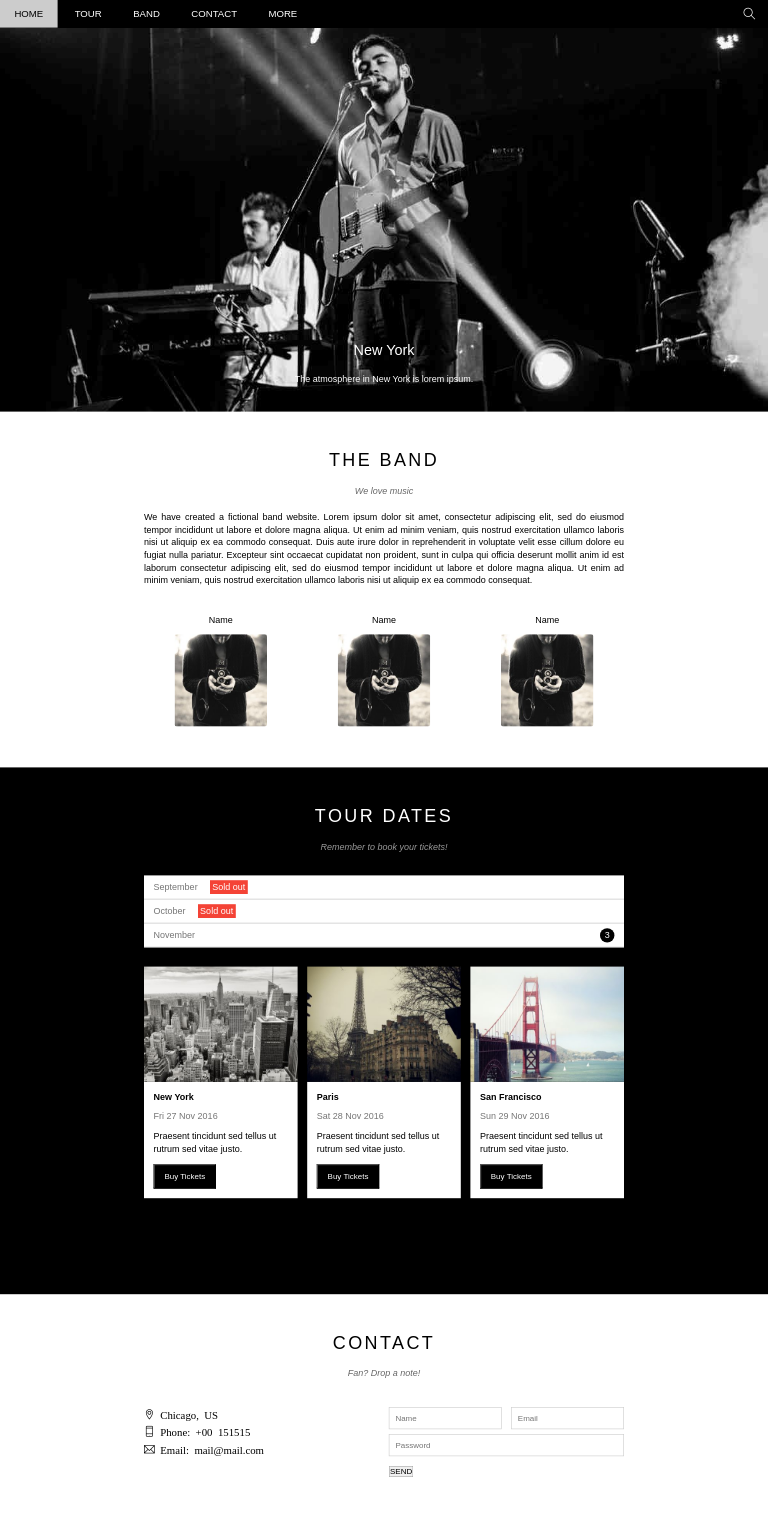
Repository: duyhung0311/band_music
Page: index.html
The author's editor kept a copy of each file at every save. The page is drawn from the files as they stood at one save, then again after the next save.
The browser window is 1280 px wide. The pictures show the whole page, at 60% of full size.

Above is the page before, as saved 2021-08-15 13:11:34.

### index.html
<!DOCTYPE html>
<html lang="en">
  <head>
    <meta charset="UTF-8" />
    <meta http-equiv="X-UA-Compatible" content="IE=edge" />
    <meta name="viewport" content="width=device-width, initial-scale=1.0" />
    <title>Document</title>
    <link rel="stylesheet" href="assets/css/style.css" />
    <link
      rel="stylesheet"
      href="./assets/fonts/themify-icons/themify-icons.css"
    />
  </head>
  <body>
    <div id="main">
      <div id="header">
        <!--#ul>li*5>a  -->
        <!-- Begin : Nav -->
        <ul id="nav">
          <li><a href="">Home</a></li>
          <li><a href="">Tour</a></li>
          <li><a href="">Band</a></li>
          <li><a href="">Contact</a></li>
          <li>
            <a href="">
              More
              <i class="nav-arrow-down ti-angle-dow"></i>
            </a>
            <ul class="subnav">
              <li><a href="">Merchandise</a></li>
              <li><a href="">Extras</a></li>
              <li><a href="">Media</a></li>
            </ul>
          </li>
        </ul>
        <!-- End : Nav -->

        <!-- Begin :Search button -->
        <div class="search-btn">
          <i class="search-icon ti-search"></i>
        </div>
        <!-- End :Search button -->
      </div>

      <div id="slider">
        <div class="text-content">
          <h2 class="text-heading">New York</h2>
          <div class="text-description">
            The atmosphere in New York is lorem ipsum.
          </div>
        </div>
      </div>

      <div id="content">
        <!-- About section -->
        <div class="content-section">
          <h2 class="section-heading">THE BAND</h2>
          <p class="section-sub-heading">We love music</p>
          <p class="about-content">
            We have created a fictional band website. Lorem ipsum dolor sit
            amet, consectetur adipiscing elit, sed do eiusmod tempor incididunt
            ut labore et dolore magna aliqua. Ut enim ad minim veniam, quis
            nostrud exercitation ullamco laboris nisi ut aliquip ex ea commodo
            consequat. Duis aute irure dolor in reprehenderit in voluptate velit
            esse cillum dolore eu fugiat nulla pariatur. Excepteur sint occaecat
            cupidatat non proident, sunt in culpa qui officia deserunt mollit
            anim id est laborum consectetur adipiscing elit, sed do eiusmod
            tempor incididunt ut labore et dolore magna aliqua. Ut enim ad minim
            veniam, quis nostrud exercitation ullamco laboris nisi ut aliquip ex
            ea commodo consequat.
          </p>

          <div class="row members-list">
            <div class="col col-third text-center">
              <p class="member-name">Name</p>
              <img
                src="./assets/img/ban/member1.jpg"
                alt=""
                class="member-avatar"
              />
            </div>

            <div class="col col-third text-center">
              <p class="member-name">Name</p>
              <img
                src="./assets/img/ban/member1.jpg"
                alt=""
                class="member-avatar"
              />
            </div>

            <div class="col col-third text-center">
              <p class="member-name">Name</p>
              <img
                src="./assets/img/ban/member1.jpg"
                alt=""
                class="member-avatar"
              />
            </div>

            <div class="clear"></div>
          </div>
        </div>

        <!-- Tour section -->
        <div class="tour-section">
          <div class="content-section">
            <h2 class="section-heading text-white">TOUR DATES</h2>
            <p class="section-sub-heading text-white">
              Remember to book your tickets!
            </p>

            <!-- Ticket list -->
            <ul class="ticket-list">
              <li>September <span class="sold-out">Sold out</span></li>
              <li>October <span class="sold-out">Sold out</span></li>
              <li>November <span class="quantity">3</span></li>
            </ul>

            <!-- Place list -->
            <div class="row places-list">
              <div class="col col-third">
                <img
                  src="./assets//img/place/place1.jpg"
                  alt="New York"
                  class="place-img"
                />
                <div class="place-body">
                  <h3 class="place-heading">New York</h3>
                  <p class="place-time">Fri 27 Nov 2016</p>
                  <p class="place-description">
                    Praesent tincidunt sed tellus ut rutrum sed vitae justo.
                  </p>
                  <button class="btn js-buy-ticket">
                    Buy Tickets
                  </button>
                </div>
              </div>

              <div class="col col-third">
                <img
                  src="./assets//img/place/place2.jpg"
                  alt="Paris"
                  class="place-img"
                />
                <div class="place-body">
                  <h3 class="place-heading">Paris</h3>
                  <p class="place-time">Sat 28 Nov 2016</p>
                  <p class="place-description">
                    Praesent tincidunt sed tellus ut rutrum sed vitae justo.
                  </p>
                  <button class="btn js-buy-ticket">
                    Buy Tickets
                  </button>
                </div>
              </div>
              <div class="col col-third">
                <img
                  src="./assets//img/place/place3.jpg"
                  alt="San Francisco"
                  class="place-img"
                />
                <div class="place-body">
                  <h3 class="place-heading">San Francisco</h3>
                  <p class="place-time">Sun 29 Nov 2016</p>
                  <p class="place-description">
                    Praesent tincidunt sed tellus ut rutrum sed vitae justo.
                  </p>
                  <button class="btn js-buy-ticket">
                    Buy Tickets
                  </button>
                </div>
              </div>
              <div class="clear"></div>
            </div>
          </div>
        </div>

        <!-- Tour section -->
        <div class="content-section">
          <h2 class="section-heading">CONTACT</h2>
          <p class="section-sub-heading">Fan? Drop a note!</p>
          <div class="row contact-content">
            <div class="col col-half contact-info">
              <p><i class="ti-location-pin"> Chicago, US </i></p>
              <p><i class="ti-mobile"> Phone: +00 151515 </i></p>
              <p><i class="ti-email"> Email: mail@mail.com </i></p>
            </div>
            <div class="col col-half  contact-form">
              <form action="">
                <div class="row">
                  <div class="col col-half">
                    <input
                      type="text"
                      name=""
                      required
                      id=""
                      placeholder="Name"
                      class="form-control"
                    />
                  </div>
                  <div class="col col-half">
                    <input
                      type="email"
                      name=""
                      required
                      id=""
                      placeholder="Email"
                      class="form-control"
                    />
                  </div>
                </div>
                <div class="row mt-8">
                   <div class="col col-full">
                    <input
                      type="password"
                      name=""
                      required
                      id=""
                      placeholder="Password"
                      class="form-control"
                    />
                  </div>
                </div>
                <input type="submit" value="SEND" class="btn mt-16">
              </form>
            </div>
          </div>
        </div>
      </div>

      <div id="footer"></div>
    </div>
    <div class="modal js-modal">
      <div class="modal-container js-modal-container">
        <div class="modal-close js-modal-close">
          <i class="ti-close"></i>
        </div>
        <header class="modal-header">
          <i class="modal-heading-icon ti-bag"></i>
          Tickets
        </header>
        <div class="modal-body">
          <label for="ticket-quantity" class="modal-label">
            <i class="ti-shopping-cart"></i>
            Tickets, $15 per person
          </label>
          <input
            id="quantity"
            type="text"
            placeholder="How many?"
            class="modal-input"
          />

          <label for="email" class="modal-label">
            <i class="ti-user"></i>
            Send To
          </label>
          <input
            id="email"
            type="text"
            placeholder="Email"
            class="modal-input"
          />
          <button id="buy-tickets">Pay <i class="ti-check"></i></button>
        </div>
        <footer class="modal-footer">
          <p class="modal-help">Need <a href="">help?</a></p>
        </footer>
      </div>
    </div>
    <script>
      const buyBtns = document.querySelectorAll(".js-buy-ticket");
      const modal = document.querySelector(".modal");
      const modalClose = document.querySelector(".js-modal-close");
      const modalContainer = document.querySelector(".js-modal-container");
      // Hàm hiển thị modal
      function showBuyTickets() {
        modal.classList.add("open");
      }
      // Hàm ẩn đi modal mua vé
      function showCloseTickets() {
        modal.classList.remove("open");
      }
      for (const buyBtn of buyBtns) {
        buyBtn.addEventListener("click", showBuyTickets);
      }
      modalClose.addEventListener("click", showCloseTickets);
      modal.addEventListener("click", showCloseTickets);
      modalContainer.addEventListener("click", function (event) {
        event.stopPropagation();
      });
    </script>
  </body>
</html>

### assets/css/style.css
/*Reset CSS*/
* {
  padding: 0;
  margin: 0;
  box-sizing: border-box;
}
html {
  font-family: Arial, Helvetica, sans-serif;
}
/*
    1. Từ ngoài vào trong
    2. Từ trên xuống dưới
    3. Từ tổng quan đến chi tiết
*/
/*
    1. Vị trí
    2. Kích thước (width height)
    3. Màu sắc
    4. Kiểu dáng (kiểu chữ, hình tròn, vuông, ....)
*/
.clear{
    clear: both;
}
.text-center {
    text-align: center !important;
}
.text-white {
    color: #fff !important;
}
.mt-8 {
    margin-top: 8px !important;
}
.mt-16 {
    margin-top: 16px !important;
}
.place-body .btn{
    color: #fff;
    background :#000;
    text-decoration: none;
    padding:11px 16px;
    display: inline-block;
    margin-top: 15px;
}
.place-body .btn:hover{
    color: #000;
    background: #ccc;
}
#main {
}
#header {
  position: fixed;
  top: 0;
  left: 0;
  right: 0;
  z-index: 1;
  height: 46px;
  background-color: #000;
}

#nav {
  display: inline-block;
}

/* cách bỏ dấu chấm đầu dòng của thằng ul */
#nav,
.subnav {
  list-style-type: none;
}

#nav > li {
  display: inline-block;
}
#nav li {
  /* inline là trên 1 hàng block giữ lại kích thước khối */
  position: relative;
}

#nav > li > a {
  color: #fff;
  text-transform: uppercase;
}

#nav li a {
  text-decoration: none;
  line-height: 46px;
  padding: 0 24px;
  display: block;
  /* inline k tính chiều cao và chiều rộng được */
}

#nav li:hover .subnav {
  display: block;
}

#nav > li:hover > a,
#nav .subnav li:hover a {
  color: #000;
  background-color: #ccc;
}

#nav .subnav {
  display: none;
  min-width: 160px;
  position: absolute;
  top: 100%;
  /* top = 100% là nó lấy chính chiều cao
    100% của chính nó */
  left: 0;
  background-color: #fff;
  box-shadow: 0 0 10px rgba(0, 0, 0, 0.3);
}

#nav .subnav a {
  color: #000;
  padding: 0 12px;
  line-height: 38px;
}

#nav .nav-arrow-down {
  font-size: 14px;
}

#header .search-btn {
  float: right;
  padding: 0 21px;
  cursor: pointer;
}

#header .search-btn:hover {
  background-color: #f44336;
}

#header .search-icon {
  color: #fff;
  font-size: 20px;
  line-height: 46px;
}

#slider {
    position: relative;
    margin-top: 46px;
    padding-top: 50%;
    background:url('./../img/slider/slider1.jpg') top center / cover no-repeat;
}
#slider .text-content   {
    position: absolute;
    bottom: 46px;
    left: 50%;
    color: #fff;
    transform: translateX(-50%);
    text-align: center;
}

#slider .text-heading   {
    font-weight: 500;
    font-size: 24px;
}

#slider .text-description   {
    font-size: 15px;
    margin-top: 25px;
}

#content {

}

#content .content-section{
    width: 800px;
    margin: 0 auto;
    padding: 64px 0;
}

#content .section-heading {
    font-size: 30px;
    font-weight: 500;
    letter-spacing: 4px;
}

#content .section-sub-heading,
#content .about-content {
    margin-top: 25px;
    font-size: 15px;
}

#content .section-heading,
#content .section-sub-heading {
    text-align: center;
}

#content .section-sub-heading {
    font-style: italic;
    opacity: 0.6;
}

#content .about-content {
    text-align: justify;
    line-height: 1.4;
}

#content .members-list {
    margin-top: 48px;
    /* overflow: hidden; */
}

#content .member-item {
    text-align: center;
}

#content .member-name {
    font-size: 15px;
}

#content .member-avatar {
    width: 154px;
    margin-top:15px;
    border-radius: 4px;
}
/* Tour section */
.tour-section {
    background: #000;
}

.ticket-list li {
    color: #757575;
    font-size: 15px;
    padding: 11px 16px;
    border-bottom: 1px solid #bbb;
    list-style-type: none;
}

.ticket-list {
    background:#fff;
    margin-top: 40px;
}


.ticket-list .sold-out {
    color: #fff;
    background: #f44336;
    padding: 3px 4px;
    margin-left: 16px;
}

.ticket-list .quantity {
    float: right;
    margin-top: -3px;
    width: 24px;
    height: 24px;
    background:#000;
    color: #fff;
    border-radius: 50%;
    text-align: center;
    line-height: 24px;
}
.places-list{
    margin-top: 32px;
    margin-bottom: 48px;
    padding-bottom: 48px;
}

/* .places-list .place-item{ */
    /* float: left;
    padding: 0 8px; */
    /* width: calc(100%/3); */
/* } */
.places-list .place-img{
    width: 100%;
    display: block;
}
.places-list .place-img:hover{
    opacity: 0.6;
}
.places-list .place-body{
    padding: 16px;
    background-color: #fff;
    font-size: 15px;
}
.place-body .place-heading{
    font-size: 15px;
    font-weight:600;
}
.place-body .place-time{
    margin-top: 15px;
    color: #757575;
}
.place-body .place-description{
    margin-top: 15px;
    line-height: 1.4;
}
/* Footer section */
#footer {
}
.modal{
    position: fixed;
    top: 0;
    bottom: 0;
    left: 0;
    right: 0;
    background: rgba(0,0,0,0.3);
    display: none;
    align-items: center;
    justify-content: center;
}
.modal.open {
    display: flex;
}
.modal .modal-container {
    background: #fff;
    width: 900px;
    min-height: 200px;
    max-width: calc(100% - 32px);
    animation: modalFadeIn ease-in .5s;
}
.modal .modal-header{
    background: #009688;
    height: 130px;
    display: flex;
    align-items: center;
    justify-content: center;
    font-size: 30px;
    color: #fff;
}
.modal-header .modal-heading-icon {
    margin-right: 16px;
}
.modal .modal-container {
    position: relative;
}
.modal-container .modal-close {
    position: absolute;
    top: 0;
    right: 0;
    padding: 12px;
    cursor: pointer;
    opacity: 0.9;
}
.modal-container .modal-close:hover {
    opacity: 1;
}
.modal-container .modal-body {
    padding: 16px;
}
.modal-body .modal-label {
    display: block;
    font-size: 15px;
    margin-bottom: 12px;
}
.modal-body .modal-input {
    border:1px solid #ccc;
    width: 100%;
    padding: 10px;
    font-size: 15px;
    margin-bottom: 24px;
}
.modal-body #buy-tickets{
      background: #009688;
      border: none;
      color:#fff;
      width: 100%;
      text-transform: uppercase;
      padding:18px;
      cursor: pointer;
}
.modal-body #buy-tickets:hover {
    opacity: 0.9;
}
.modal-footer{
    padding: 16px;
    text-align: right;
}
.modal-footer a {
    color: #2196f3;
}
.row {
    margin-left: -8px;
    margin-right: -8px;
}
.row::after {
    content :"";
    display: block;
    clear: both;
}
.col {
    padding-left: 8px;
    padding-right: 8px;
    float: left;
}
.col-third {
    width:calc(100% / 3)
}
.col-half {
    width:50%;
}
.col-full {
    width:100%;
}
.contact-content{
    margin-top: 48px;
}
.contact-info {
    font-size: 18px;
    line-height: 1.6;
}
.contact-info i[class*="ti-"]  {
    width: 30px;
}
.contact-form{
    font-size: 15px;
}
.contact-form .form-control {
    padding : 10px;
    border: 1px solid #ccc;
    width: 100%;
}
/* .contact-form .form-submit-btn {
    background: #000;
    color: #fff;
    border: 1px solid #000;
    padding: 10px 16px;
    float: right;
} */
@keyframes modalFadeIn {
    from {
        transform: translateY(-140px);
        opacity: 0;
    }
    to {
        transform: translateY(0);
        opacity: 1;
    }
}

Loaded but not shown: assets/fonts/themify-icons/themify-icons.css (common file)

After the next save:
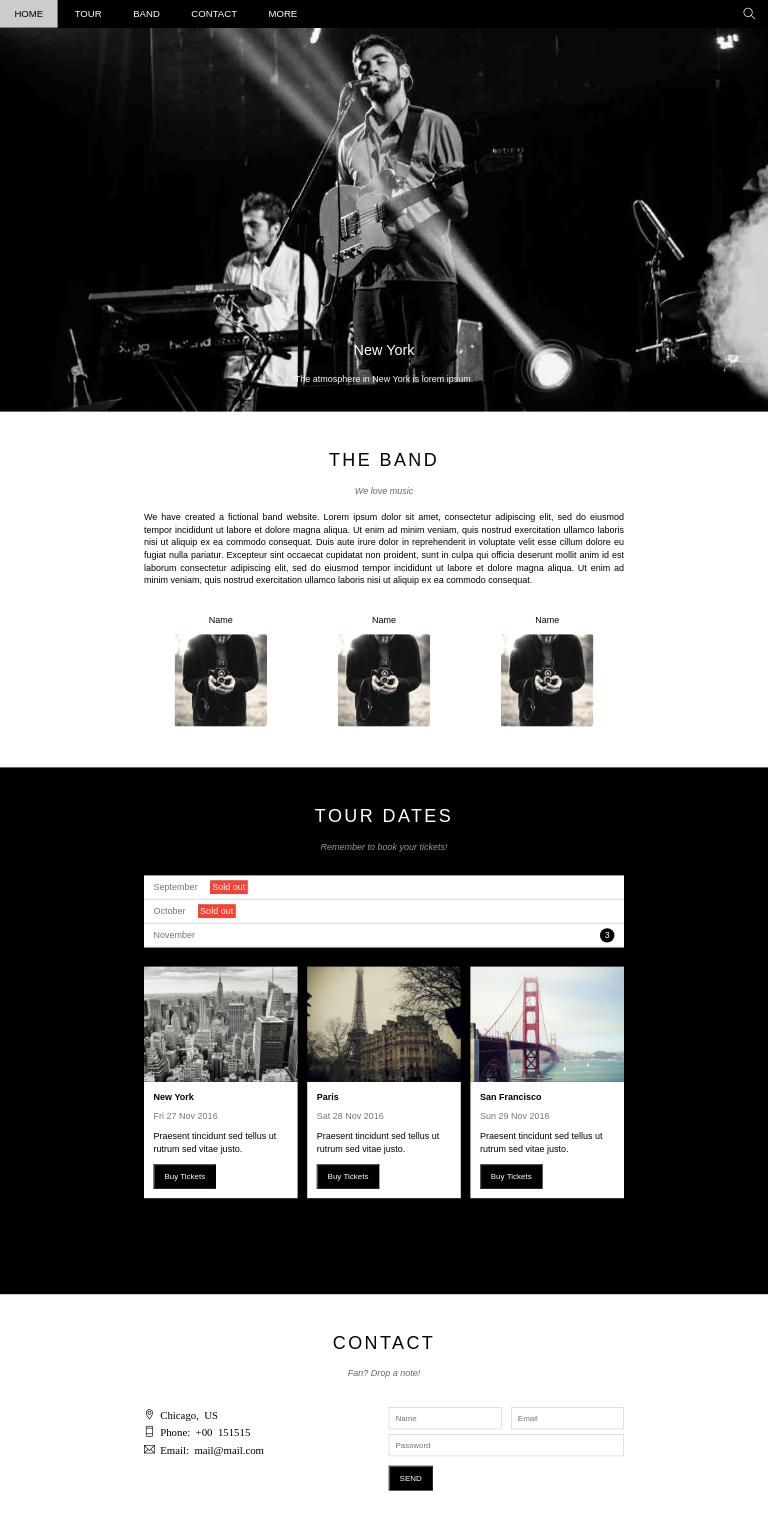
Saved 31 s later.
--- a/assets/css/style.css
+++ b/assets/css/style.css
@@ -33,7 +33,7 @@
 .mt-16 {
     margin-top: 16px !important;
 }
-.place-body .btn{
+.btn{
     color: #fff;
     background :#000;
     text-decoration: none;
